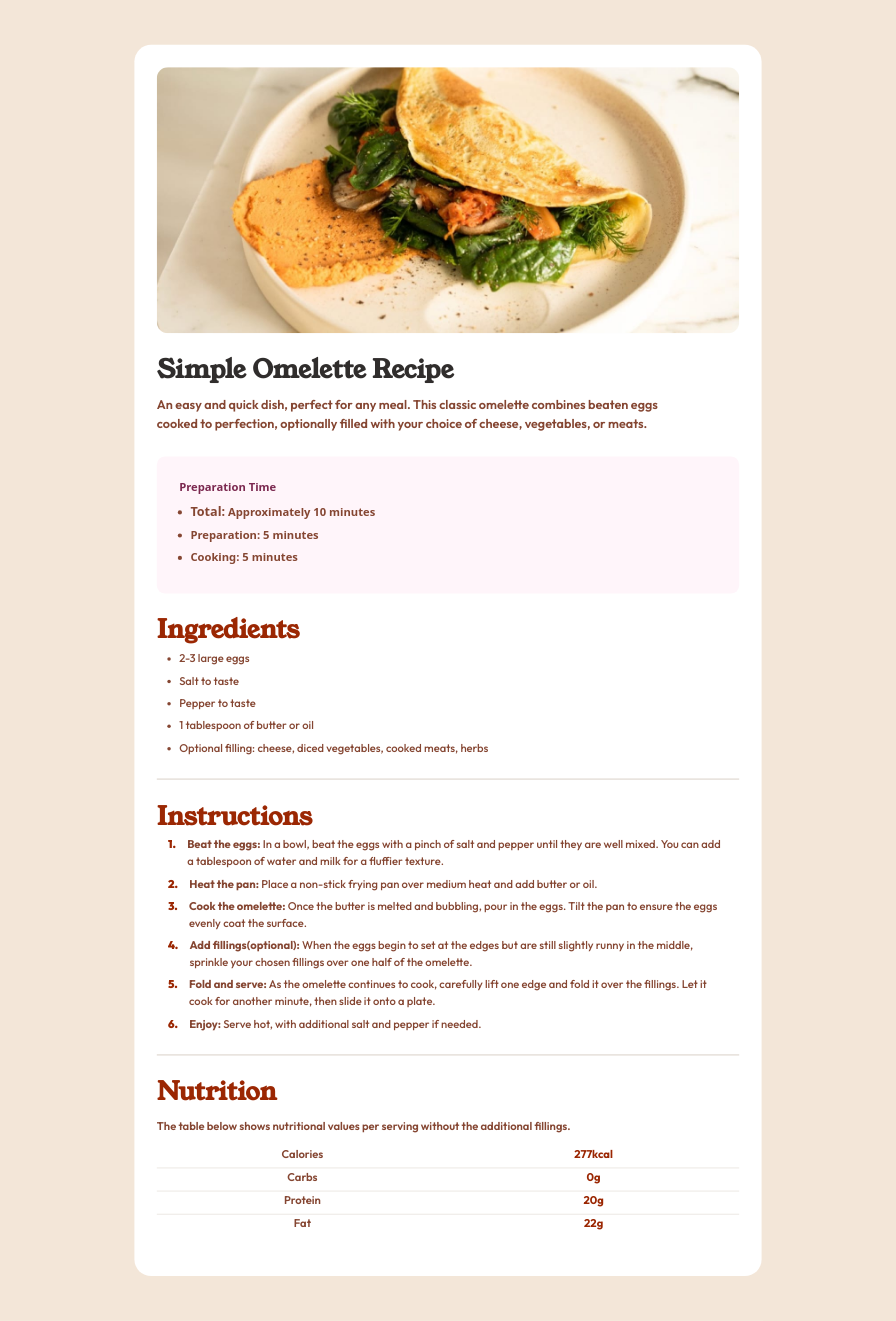
Repository: nivrii/recipe-page-main
Page: /
An editor plug-in stored every save of this project. The page is shown before and after the next save, followed by the edit.
The browser window is 1280 px wide. The pictures show the whole page, at 70% of full size.
The project was rebuilt for these pictures with package versions that can differ from the ones it lists, and the page was loaded fresh each time. Also part of the build but not shown: vite.config.js, src/index.css.

Above is the page before, as saved 2024-03-27 12:33:36.

### src/App.jsx
import "./App.css";
import { Nutrition } from "./Nutrition";
import { Instructions } from "./Instructions";
import { Ingredients } from "./Ingredients";
import { Prep } from "./Prep";
import { Header } from "./Header";
import { Image } from "./Image";
import omelette from "./assets/images/image-omelette.jpeg";

function App() {
  return (
    <body className="md:bg-eggshell md:pt-16 md:pb-16 ">
      <div className="
       flex flex-col w-screen min-h-max md:m-auto md:p-8 md:w-[70vw]
       md:bg-white md:rounded-3xl lg:w-[60vw]">
        <Image omelette={omelette} />
        <Header />
        <Prep />
        <div className="divide-y-2 divide-lightGrey mx-4 md:mx-0">
          <Ingredients />
          <Instructions />
          <Nutrition />
        </div>
      </div>
    </body>
  );
}

export default App;

### src/App.css
@import url("https://fonts.googleapis.com/css2?family=Young+Serif&display=swap");

@import url("https://fonts.googleapis.com/css2?family=Outfit:wght@100..900&display=swap");

@import "tailwindcss/base";
@import "tailwindcss/components";
@import "tailwindcss/utilities";

### src/Nutrition.jsx
export function Nutrition() {
  return (
    <div className="m-4 mb-8 md:mx-0">
      <h1 className="text-left text-nutmegLight text-4xl font-bold font-young mt-8 mb-4">
        Nutrition
      </h1>
      <p className="text-nutmeg font-semibold font-outfit mb-4">
        The table below shows nutritional values per serving without the
        additional fillings.
      </p>
      <div className="divide-y divide-lightGrey font-outfit">
        <div className="flex flex-row my-2 text-center">
          <p className="basis-1/2 text-nutmeg font-semibold ">Calories</p>
          <p className="basis-1/2 text-nutmegLight font-bold">277kcal</p>
        </div>
        <div className="flex flex-row my-2 text-center">
          <p className="basis-1/2 text-nutmeg font-semibold">Carbs</p>
          <p className="basis-1/2 text-nutmegLight font-bold">0g</p>
        </div>
        <div className="flex flex-row my-2 text-center">
          <p className="basis-1/2 text-nutmeg font-semibold">Protein</p>
          <p className="basis-1/2 text-nutmegLight font-bold">20g</p>
        </div>
        <div className="flex flex-row my-2 text-center">
          <p className="basis-1/2 text-nutmeg font-semibold">Fat</p>
          <p className="basis-1/2 text-nutmegLight font-bold">22g</p>
        </div>
      </div>
    </div>
  );
}

### src/Instructions.jsx
export function Instructions() {
  return (
    <div className="m-4 md:mx-0">
      <h1 className="text-left text-nutmegLight text-4xl font-bold font-young mt-8">
        Instructions
      </h1>
      <ul className="font-outfit mt-2 mb-8 mx-4 text-nutmeg font-medium space-y-2">
        <li className="flex flex-row space-x-4">
          <div className="text-nutmegLight font-black">1.</div>
          <div className="">
            <span className="font-bold"> Beat the eggs:</span> In a bowl, beat
            the eggs with a pinch of salt and pepper until they are well mixed.
            You can add a tablespoon of water and milk for a fluffier texture.
          </div>
        </li>
        <li className="flex flex-row space-x-4">
          <div className="text-nutmegLight font-black ">2.</div>
          <div className="">
            <span className="font-bold"> Heat the pan:</span> Place a non-stick
            frying pan over medium heat and add butter or oil.
          </div>
        </li>
        <li className="flex flex-row space-x-4">
          <div className="text-nutmegLight font-black">3.</div>
          <div className="">
            <span className="font-bold"> Cook the omelette:</span> Once the
            butter is melted and bubbling, pour in the eggs. Tilt the pan to
            ensure the eggs evenly coat the surface.
          </div>
        </li>
        <li className="flex flex-row space-x-4">
          <div className="text-nutmegLight font-black">4.</div>
          <div className="">
            <span className="font-bold"> Add fillings(optional):</span> When the
            eggs begin to set at the edges but are still slightly runny in the
            middle, sprinkle your chosen fillings over one half of the omelette.
          </div>
        </li>
        <li className="flex flex-row space-x-4">
          <div className="text-nutmegLight font-black">5.</div>
          <div className="">
            <span className="font-bold"> Fold and serve:</span> As the omelette
            continues to cook, carefully lift one edge and fold it over the
            fillings. Let it cook for another minute, then slide it onto a
            plate.
          </div>
        </li>
        <li className="flex flex-row space-x-4">
          <div className="text-nutmegLight font-black">6.</div>
          <div className="">
            <span className="font-bold"> Enjoy:</span> Serve hot, with
            additional salt and pepper if needed.
          </div>
        </li>
      </ul>
    </div>
  );
}

### src/Ingredients.jsx
export function Ingredients() {
  return (
    <div className="m-4  md:mx-0">
      <h1 className="text-left text-nutmegLight text-4xl font-bold font-young mt-8">
        Ingredients
      </h1>
      <ul className="list-disc px-4 font-outfit mt-2 mb-8 mx-4 text-nutmeg font-medium space-y-2">
        <li>2-3 large eggs</li>
        <li>Salt to taste</li>
        <li>Pepper to taste</li>
        <li>1 tablespoon of butter or oil</li>
        <li>Optional filling: cheese, diced vegetables, cooked meats, herbs</li>
      </ul>
    </div>
  );
}

### src/Prep.jsx
export function Prep() {
  return <div className="bg-roseWhite p-4 mx-8 rounded-xl md:mx-0 md:p-8">
        <h1 className="text-left text-darkRaspberry  font-bold md:text-5x1">
          Preparation Time
        </h1>
        <ul className="list-disc px-4 text-nutmeg">
          <li className=" font-semibold my-2">
            <span className="font-extrabold md:text-lg">Total:</span> Approximately 10
            minutes
          </li>
          <li className=" font-semibold my-2">
            <span className="font-extrabold">Preparation:</span> 5 minutes
          </li>
          <li className=" font-semibold my-2">
            <span className="font-extrabold">Cooking:</span> 5 minutes
          </li>
        </ul>
      </div>;
}

### src/Header.jsx
export function Header() {
  return <div className="bg-white m-8 md:mx-0">
        <h1 className="text-left text-darkCharcoal text-4xl font-bold font-young lg:text-5xl">
          Simple Omelette Recipe
        </h1>
        <p className="text-left font-outfit text-nutmeg mt-4 font-semibold md:text-lg lg:text-xl max-w-screen-md">
          An easy and quick dish, perfect for any meal. This classic omelette
          combines beaten eggs cooked to perfection, optionally filled with your
          choice of cheese, vegetables, or meats.
        </p>
      </div>;
}

### src/Image.jsx
/* eslint-disable react/prop-types */
export function Image({
  omelette
}) {
  return <div className=" md:w-auto">
        <img src={omelette} alt="omelette" className="w-screen md:w-auto md:rounded-2xl" />
      </div>;
}

### tailwind.config.js
/** @type {import('tailwindcss').Config} */
export default {
  content: ["./index.html", "./src/**/*.{js,ts,jsx,tsx}"],
  theme: {
    screens: {
      'sm': '375px',
      'md': '768px',
      'lg': '1440px',
      'xl': '1920px',
    },
    extend: {
      fontFamily: {
        outfit: ["Outfit", "sans-serif"],
        young: ["Young Serif", "serif"],
      },
      colors: {
        roseWhite: "hsl(330, 100%, 98%)",
        white: "hsl(0, 0%, 100%)",
        eggshell: "hsl(30, 54%, 90%)",
        lightGrey: "hsl(30, 18%, 87%)",
        wengeBrown: "hsl(30, 10%, 34%)",
        darkCharcoal: "hsl(24, 5%, 18%)",
        nutmeg: "hsl(14, 45%, 36%)",
        nutmegLight: "hsl(14, 96%, 31%)",
        darkRaspberry: "hsl(332, 51%, 32%)",
      },
    },
  },
  plugins: [],
};

Loaded but not shown: index.html (common file); src/main.jsx (common file)

After the next save:
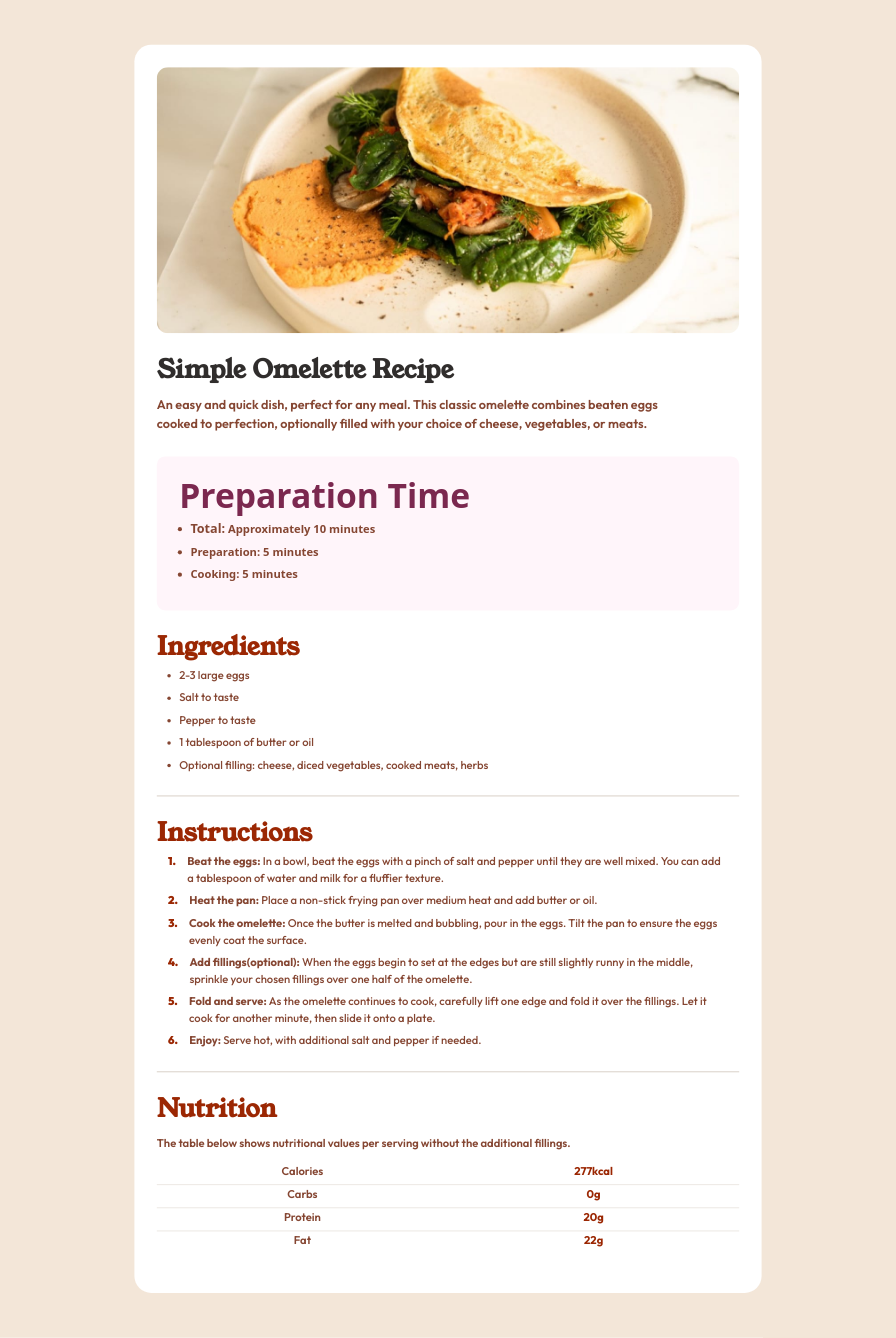
Saved 4 s later.
--- a/src/Prep.jsx
+++ b/src/Prep.jsx
@@ -1,6 +1,6 @@
 export function Prep() {
   return <div className="bg-roseWhite p-4 mx-8 rounded-xl md:mx-0 md:p-8">
-        <h1 className="text-left text-darkRaspberry  font-bold md:text-5x1">
+        <h1 className="text-left text-darkRaspberry  font-bold md:text-5xl">
           Preparation Time
         </h1>
         <ul className="list-disc px-4 text-nutmeg">
